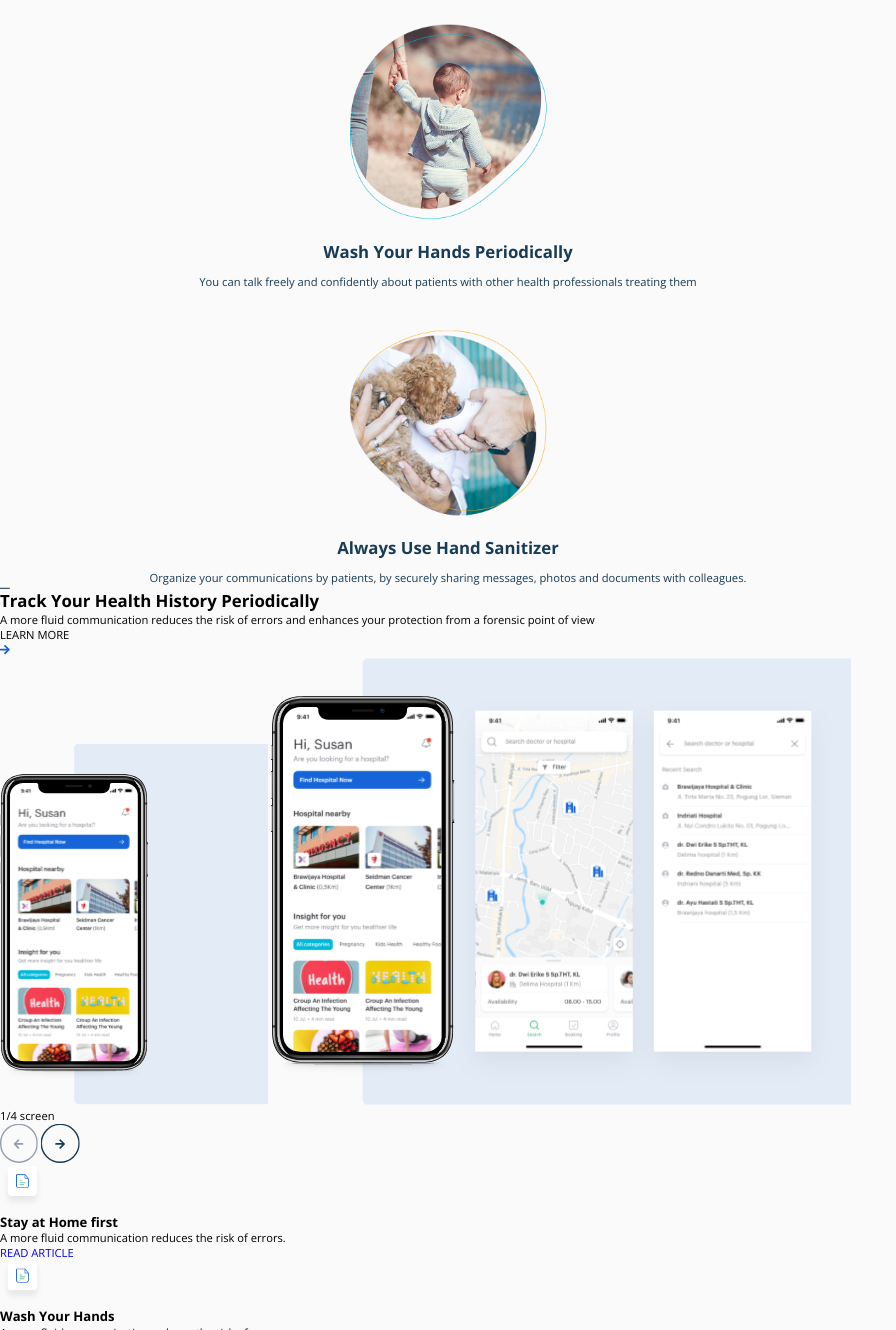
Repository: Esttevo/prova-html-css
Page: index.html
The author's editor kept a copy of each file at every save. The page is drawn from the files as they stood at one save, then again after the next save.
The browser window is 1280 px wide. The pictures show the part of the page from y = 3615 to 5515 px (the page is 6325 px tall before and 6748 px after), at 70% of full size.
A picture or video elsewhere on the page could not be fetched, so the positions and the page height are approximate.

Above is the page before, as saved 2026-09-01 14:53:50.

After the next save:
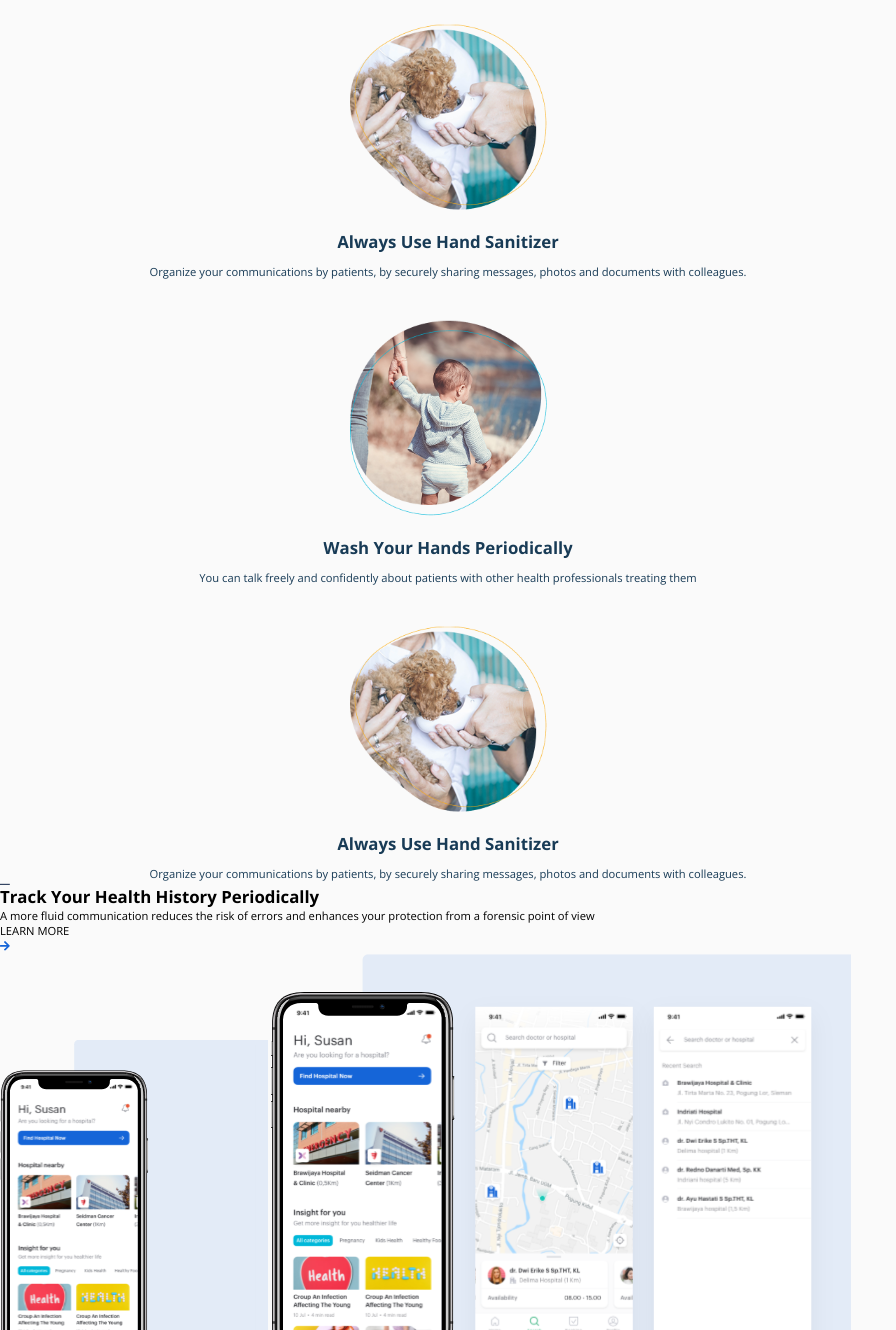
Saved 12 s later.
--- a/index.html
+++ b/index.html
@@ -196,6 +196,20 @@
                 </div>
 
                 <div class="modern-content-img-text">
+                    <img src="img/image-dog.png" alt="cachorro tomando agua no colo">
+                    <h3>
+                        Always Use Hand Sanitizer
+                    </h3>
+
+                    <p>
+                        Organize your communications
+                        by patients, by securely sharing
+                        messages, photos and documents
+                        with colleagues.
+                    </p>
+                </div>
+
+                <div class="modern-content-img-text">
                     <img src="img/image-kid.png" alt="Criança caminhando de mão dada">
                     <h3>
                         Wash Your Hands Periodically
